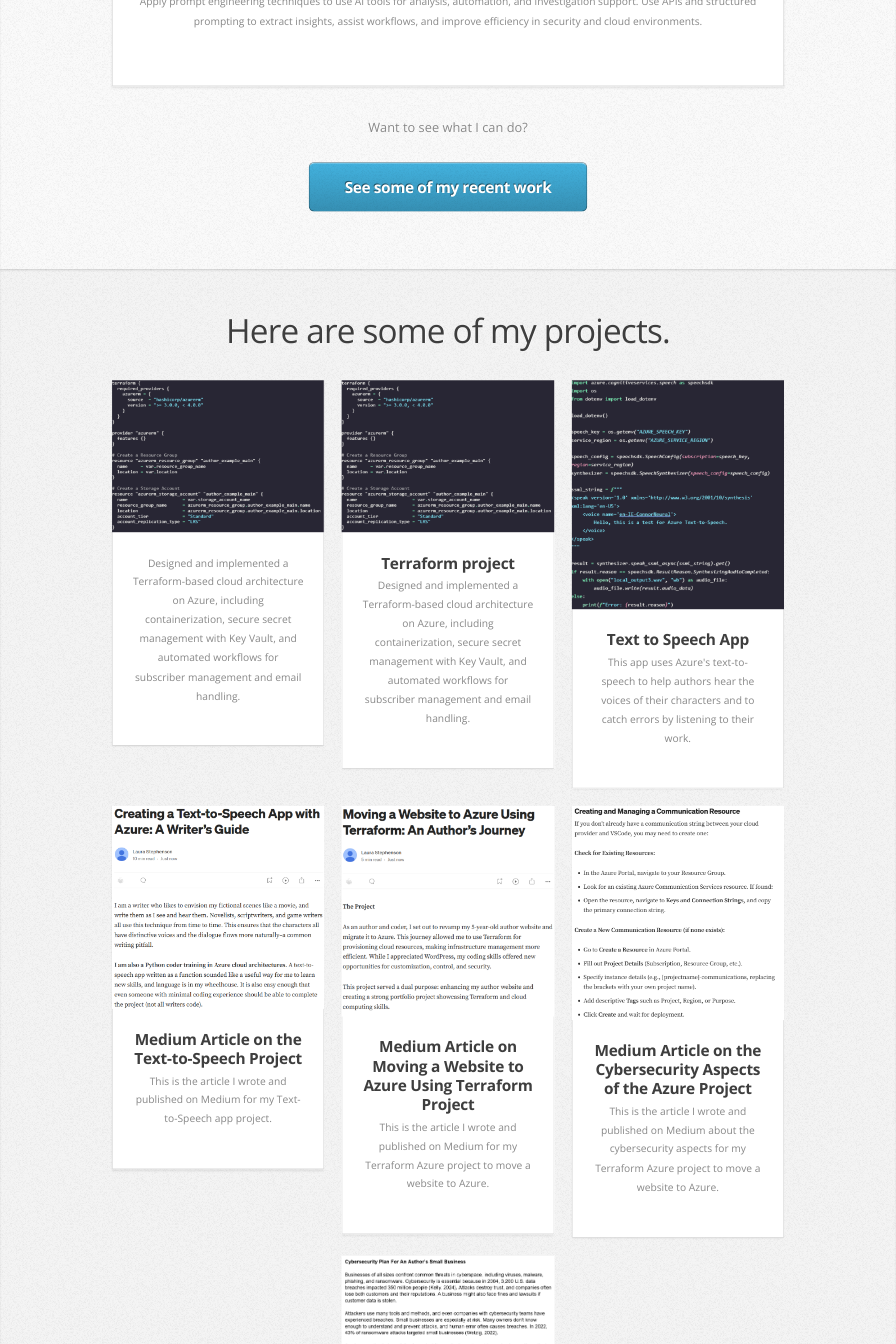
Repository: lauralstephenson/Portfolio_Personal
Page: index.html
The author's editor kept a copy of each file at every save. The page is drawn from the files as they stood at one save, then again after the next save.
The browser window is 1280 px wide. The pictures show the part of the page from y = 1626 to 3546 px (the page is 4482 px tall), at 70% of full size.
A picture or video elsewhere on the page could not be fetched, so the positions and the page height are approximate.

Above is the page before, as saved 2026-04-23 15:58:56.

### index.html
<!DOCTYPE HTML>
<!--
	Miniport by HTML5 UP
	html5up.net | @ajlkn
	Free for personal and commercial use under the CCA 3.0 license (html5up.net/license)
-->

<html lang="en">
	<head>
		<title>Laura Stephenson Cloud Portfolio Webpage</title>
		<meta charset="utf-8">
		<meta name="viewport" content="width=device-width, initial-scale=1">
		<!-- Font Awesome -->
		<link rel="stylesheet" href="https://cdnjs.cloudflare.com/ajax/libs/font-awesome/5.15.4/css/all.min.css">
		<link rel="stylesheet" href="assets/css/main.css">
	</head>
	<body class="is-preload">

		<!-- Nav -->
			<nav id="nav">
				<ul class="container">
					<li><a href="#top">Top</a></li>
					<li><a href="#work">Work</a></li>
					<li><a href="#portfolio">Portfolio</a></li>
					<li><a href="#contact">Contact</a></li>
				</ul>
			</nav>

		<!-- Home -->
			<article id="top" class="wrapper style1">
				<div class="container">
					<div class="row">
						<div class="col-4 col-5-large col-12-medium">
							<span class="image fit"><img src="images\Circle Cybersecurity Logo.png" alt="" /></span>
						</div>
						<div class="col-8 col-7-large col-12-medium">
							<header>
								<h1>Hi. I'm <strong>Laura Stephenson.</strong></h1>
							</header>
							<p><strong>Cybersecurity analyst focused on cloud security, automation, and Python-based solutions.</strong></p>
							<a href="#work" class="button large scrolly">Learn about what I do</a>
						</div>
					</div>
				</div>
			</article>

		<!-- Work -->
			<article id="work" class="wrapper style2">
				<div class="container">
					<header>
						<h1>Here's what I do.</h1>
					</header>
					<div class="row aln-center equal-height">
						<div class="col-4 col-6-medium col-12-small">
							<section class="box style1">
								<div class="box-content">
									<svg xmlns="http://www.w3.org/2000/svg" height="56" width="56" viewBox="0 0 512 512">
										<!--!Font Awesome Free 6.7.2 by @fontawesome - https://fontawesome.com License - https://fontawesome.com/license/free Copyright 2025 Fonticons, Inc.-->
										<path fill="#77797e" d="M256 0c4.6 0 9.2 1 13.4 2.9L457.7 82.8c22 9.3 38.4 31 38.3 57.2c-.5 99.2-41.3 280.7-213.6 363.2c-16.7 8-36.1 8-52.8 0C57.3 420.7 16.5 239.2 16 140c-.1-26.2 16.3-47.9 38.3-57.2L242.7 2.9C246.8 1 251.4 0 256 0z"/>
									</svg>
									<h3>Cyber Security</h3>
									<p>Analyze alerts, investigate network activity, and document findings in clear, structured reports using SOC workflows. Apply SIEM tools, packet analysis, and the MITRE ATT&CK framework to detect and respond to threats.</p>
								</div>
							</section>
						</div>
							<section class="box style1">
								<div class="box-content">
									<svg xmlns="http://www.w3.org/2000/svg"
									width="56" height="56"
									fill="currentColor"
									class="bi bi-cloud-arrow-up-fill"
									viewBox="0 0 16 16">
										<path d="M8 2a5.53 5.53 0 0 0-3.594 1.342c-.766.66-1.321 1.52-1.464 2.383C1.266 6.095 0 7.555 0 9.318 0 11.366 1.708 13 3.781 13h8.906C14.502 13 16 11.57 16 9.773c0-1.636-1.242-2.969-2.834-3.194C12.923 3.999 10.69 2 8 2m2.354 5.146a.5.5 0 0 1-.708.708L8.5 6.707V10.5a.5.5 0 0 1-1 0V6.707L6.354 7.854a.5.5 0 1 1-.708-.708l2-2a.5.5 0 0 1 .708 0z"/>
									</svg>
									<h3>Cloud Computing</h3>
									<p>Design and maintain secure cloud environments in Azure and AWS, with and without Terraform.</p>
								</div>
							</section>
						</div>
						<div class="col-4 col-6-medium col-12-small">
							<section class="box style1">
								<div class="box-content">
									<svg xmlns="http://www.w3.org/2000/svg" height="56" width="56" viewBox="0 0 576 512">
										<!--!Font Awesome Free 6.7.2 by @fontawesome - https://fontawesome.com License - https://fontawesome.com/license/free Copyright 2025 Fonticons, Inc.-->
										<path fill="#6f7276" d="M248 106.6c18.9-9 32-28.3 32-50.6c0-30.9-25.1-56-56-56s-56 25.1-56 56c0 22.3 13.1 41.6 32 50.6l0 98.8c-2.8 1.3-5.5 2.9-8 4.7l-80.1-45.8c1.6-20.8-8.6-41.6-27.9-52.8C57.2 96 23 105.2 7.5 132S1.2 193 28 208.5c1.3 .8 2.6 1.5 4 2.1l0 90.8c-1.3 .6-2.7 1.3-4 2.1C1.2 319-8 353.2 7.5 380S57.2 416 84 400.5c19.3-11.1 29.4-32 27.8-52.8l50.5-28.9c-11.5-11.2-19.9-25.6-23.8-41.7L88 306.1c-2.6-1.8-5.2-3.3-8-4.7l0-90.8c2.8-1.3 5.5-2.9 8-4.7l80.1 45.8c-.1 1.4-.2 2.8-.2 4.3c0 22.3 13.1 41.6 32 50.6l0 98.8c-18.9 9-32 28.3-32 50.6c0 30.9 25.1 56 56 56c30.7 0 55.6-24.7 56-55.2c-7.5-12.9-13.5-26.8-17.6-41.5c-4.2-4-9.1-7.3-14.4-9.9l0-98.8c2.8-1.3 5.5-2.9 8-4.7l10.5 6c5.5-15.3 13.1-29.5 22.4-42.5l-9.1-5.2c.1-1.4 .2-2.8 .2-4.3c0-22.3-13.1-41.6-32-50.6l0-98.8zM440.5 132C425 105.2 390.8 96 364 111.5c-19.3 11.1-29.4 32-27.8 52.8l-50.6 28.9c11.5 11.2 19.9 25.6 23.8 41.7L360 205.9c.4 .3 .8 .6 1.3 .9c21.7-9.5 45.6-14.8 70.8-14.8c2 0 4 0 5.9 .1c12.1-17.3 13.8-40.6 2.6-60.1zM432 512a144 144 0 1 0 0-288 144 144 0 1 0 0 288zm47.9-225c4.3 3.7 5.4 9.9 2.6 14.9L452.4 356l35.6 0c5.2 0 9.8 3.3 11.4 8.2s-.1 10.3-4.2 13.4l-96 72c-4.5 3.4-10.8 3.2-15.1-.6s-5.4-9.9-2.6-14.9L411.6 380 376 380c-5.2 0-9.8-3.3-11.4-8.2s.1-10.3 4.2-13.4l96-72c4.5-3.4 10.8-3.2 15.1 .6z"/>
									</svg>
									<h3>Artificial Intelligence</h3>
									<p>Apply prompt engineering techniques to use AI tools for analysis, automation, and investigation support. Use APIs and structured prompting to extract insights, assist workflows, and improve efficiency in security and cloud environments.</p>
								</div>
							</section>
						</div>
					</div>
					<footer>
						<p>Want to see what I can do?</p>
						<a href="#portfolio" class="button large scrolly">See some of my recent work</a>
					</footer>
				</div>
			</article>

		<!-- Portfolio -->
			<article id="portfolio" class="wrapper style3">
				<div class="container">
					<header>
						<h1>Here are some of my projects.</h1>
					</header>
					<div class="row aln-center equal-height">
							<div class="col-4 col-6-medium col-12-small">
							<article class="box style2">
								<div class="box-content">
									<a href="https://github.com/lauralstephenson/pseudocode_terraform_examples_for_website" class="image featured"><img src="images\terraform_portfolio_pic.png" alt="" /></a>
									<h3><a href="https://github.com/lauralstephenson/pseudocode_terraform_examples_for_website"></a></h3>
									<p>Designed and implemented a Terraform-based cloud architecture on Azure, including containerization, secure secret management with Key Vault, and automated workflows for subscriber management and email handling.</p>
									</p>
								</div>
							</article>
						</div>
						<div class="col-4 col-6-medium col-12-small">
							<article class="box style2">
								<div class="box-content">
									<a href="https://github.com/lauralstephenson/pseudocode_terraform_examples_for_website" class="image featured"><img src="images\terraform_portfolio_pic.png" alt="" /></a>
									<h3><a href="https://github.com/lauralstephenson/pseudocode_terraform_examples_for_website">Terraform project</a></h3>
									<p>Designed and implemented a Terraform-based cloud architecture on Azure, including containerization, secure secret management with Key Vault, and automated workflows for subscriber management and email handling.</p>
									</p>
								</div>
							</article>
						</div>
						<div class="col-4 col-6-medium col-12-small">
							<article class="box style2">
								<div class="box-content">
									<a href="https://github.com/lauralstephenson/cloud_py_portfolio/tree/main/Text_to_Speech" class="image featured"><img src="images\screenshot_text_to_speech_app.png" alt="" /></a>
									<h3><a href="https://github.com/lauralstephenson/cloud_py_portfolio/tree/main/Text_to_Speech">Text to Speech App</a></h3>
									<p>This app uses Azure's text-to-speech to help authors
										hear the voices of their characters and to catch errors
										by listening to their work.
									</p>
								</div>
							</article>
						</div>
						<div class="col-4 col-6-medium col-12-small">
							<article class="box style2">
								<div class="box-content">
									<a href="https://medium.com/@lstephenson556/creating-a-text-to-speech-app-with-azure-a-writers-guide-46cbf42556f0" class="image featured"><img src="images\screenshot_medium_text_to_speech_article.png" alt="" /></a>
									<h3><a href="https://medium.com/@lstephenson556/creating-a-text-to-speech-app-with-azure-a-writers-guide-46cbf42556f0">Medium Article on the Text-to-Speech Project</a></h3>
									<p>This is the article I wrote and published on Medium for my Text-to-Speech app project.</p>
								</div>
							</article>
						</div>
						<div class="col-4 col-6-medium col-12-small">
							<article class="box style2">
								<div class="box-content">
									<a href="https://medium.com/@lstephenson556/moving-a-website-to-azure-using-terraform-an-authors-journey-1ab68dd8db76"
									class="image featured"><img src="images\screenshot_medium_terraform_azure_article.png" alt="" /></a>
									<h3><a href="https://medium.com/@lstephenson556/moving-a-website-to-azure-using-terraform-an-authors-journey-1ab68dd8db76">Medium Article on Moving a Website to Azure Using Terraform Project</a></h3>
									<p>This is the article I wrote and published on Medium for my Terraform Azure project to move a website to Azure.</p>
								</div>
							</article>
						</div>
						<div class="col-4 col-6-medium col-12-small">
							<article class="box style2">
								<div class="box-content">
									<a href="https://medium.com/@lstephenson556/cybersecurity-aspects-of-creating-an-author-website-with-terraform-12f4682b89b7"
									class="image featured"><img src="images/cybersecurity_plan_medium.png" alt="Segment of Medium article about a cybersecurity plan" /></a>
									<h3><a href="https://medium.com/@lstephenson556/cybersecurity-aspects-of-creating-an-author-website-with-terraform-12f4682b89b7">Medium Article on the Cybersecurity Aspects of the Azure Project</a></h3>
									<p>This is the article I wrote and published on Medium about the cybersecurity aspects for my Terraform Azure project to move a website to Azure.</p>
								</div>
							</article>
						</div>
						<div class="col-4 col-6-medium col-12-small">
							<article class="box style2">
								<div class="box-content">
									<a href="Cybersecurity Plan For A Small Author Business.pdf"
									class="image featured"><img src="images/cybersecurity_plan.png" alt="Snap of Cybersecurity Plan" /></a>
									<h3><a href="Cybersecurity Plan For A Small Author Business.pdf">Cybersecurity Plan for an Author's Small Business</a></h3>
									<p>This is a cybersecurity plan I developed and implemented for a small author website.</p>
								</div>
							</article>
						</div>
					</div>
					<footer>
						<p>Want to learn more?</p>
						<a href="mailto:laurastephensoncareer@gmail.com" class="button large scrolly">Get in touch with me</a>
					</footer>
				</div>
			</article>

		<!-- Contact
			<article id="contact" class="wrapper style4">
				<div class="container medium">
					<header>
						<h2>Let me build for you.</h2>
						<p>Contact me.</p>
					</header>
					<div class="row">
						<div class="col-12">
							<form method="post" action="https://<your-function-app-name>.azurewebsites.net/api/send-email">
								<div class="row">
									<div class="col-6 col-12-small">
										<input type="text" name="name" id="name" placeholder="Name" />
									</div>
									<div class="col-6 col-12-small">
										<input type="text" name="email" id="email" placeholder="Email" />
									</div>
									<div class="col-12">
										<input type="text" name="subject" id="subject" placeholder="Subject" />
									</div>
									<div class="col-12">
										<textarea name="message" id="message" placeholder="Message"></textarea>
									</div>
									<div class="col-12">
										<ul class="actions">
											<li><input type="submit" value="Send Message" /></li>
											<li><input type="reset" value="Clear Form" class="alt" /></li>
										</ul>
									</div>
								</div>
							</form>
						</div -->

						<div class="col-12 center-content footer-custom">
							<hr />
							<p class="find-me-on">Find me on...</p>
							<div class="footer-custom">
								<ul class="social">
									<li><a href="https://www.linkedin.com/in/laurastephenson82/">
										<i class="fab fa-linkedin"></i></a></li>
									<li><a href="https://github.com/lauralstephenson/">
										<i class="fab fa-github"></i></a></li>
									<li><a href="mailto:laurastephensoncareer@gmail.com">
										<i class="fas fa-envelope"></i></a></li>
								</ul>
							</div>
							<hr />
						</div>



						<footer>
							<div class="footer-custom">
								<ul id="copyright">
									<li>&copy; Laura Stephenson © 2024. All rights reserved.</li>
									<li>Design: <a href="http://html5up.net">HTML5 UP</a></li>
								</ul>
						</footer>

			<!--
								<li><a href="#" class="icon brands fa-twitter"><span class="label">Twitter</span></a></li>
								<li><a href="#" class="icon brands fa-tumblr"><span class="label">Tumblr</span></a></li>
								<li><a href="#" class="icon solid fa-rss"><span>RSS</span></a></li>
								<li><a href="#" class="icon brands fa-instagram"><span>Instagram</span></a></li>
								<li><a href="#" class="icon brands fa-foursquare"><span>Foursquare</span></a></li>
								<li><a href="#" class="icon brands fa-skype"><span>Skype</span></a></li>
								<li><a href="#" class="icon brands fa-soundcloud"><span>Soundcloud</span></a></li>
								<li><a href="#" class="icon brands fa-youtube"><span>YouTube</span></a></li>
								<li><a href="#" class="icon brands fa-blogger"><span>Blogger</span></a></li>
								<li><a href="#" class="icon brands fa-flickr"><span>Flickr</span></a></li>
								<li><a href="#" class="icon brands fa-vimeo"><span>Vimeo</span></a></li>
								-->

		<!-- Scripts -->
			<script src="assets/js/jquery.min.js"></script>
			<script src="assets/js/jquery.scrolly.min.js"></script>
			<script src="assets/js/browser.min.js"></script>
			<script src="assets/js/breakpoints.min.js"></script>
			<script src="assets/js/util.js"></script>
			<script src="assets/js/main.js"></script>

	</body>
</html>

Loaded but not shown: assets/js/jquery.min.js (library); assets/js/jquery.scrolly.min.js (common file); assets/js/browser.min.js (common file); assets/js/breakpoints.min.js (common file); assets/js/util.js (587 lines, source omitted); assets/js/main.js (34 lines, source omitted); assets/css/main.css (2549 lines, source omitted)

After the next save:
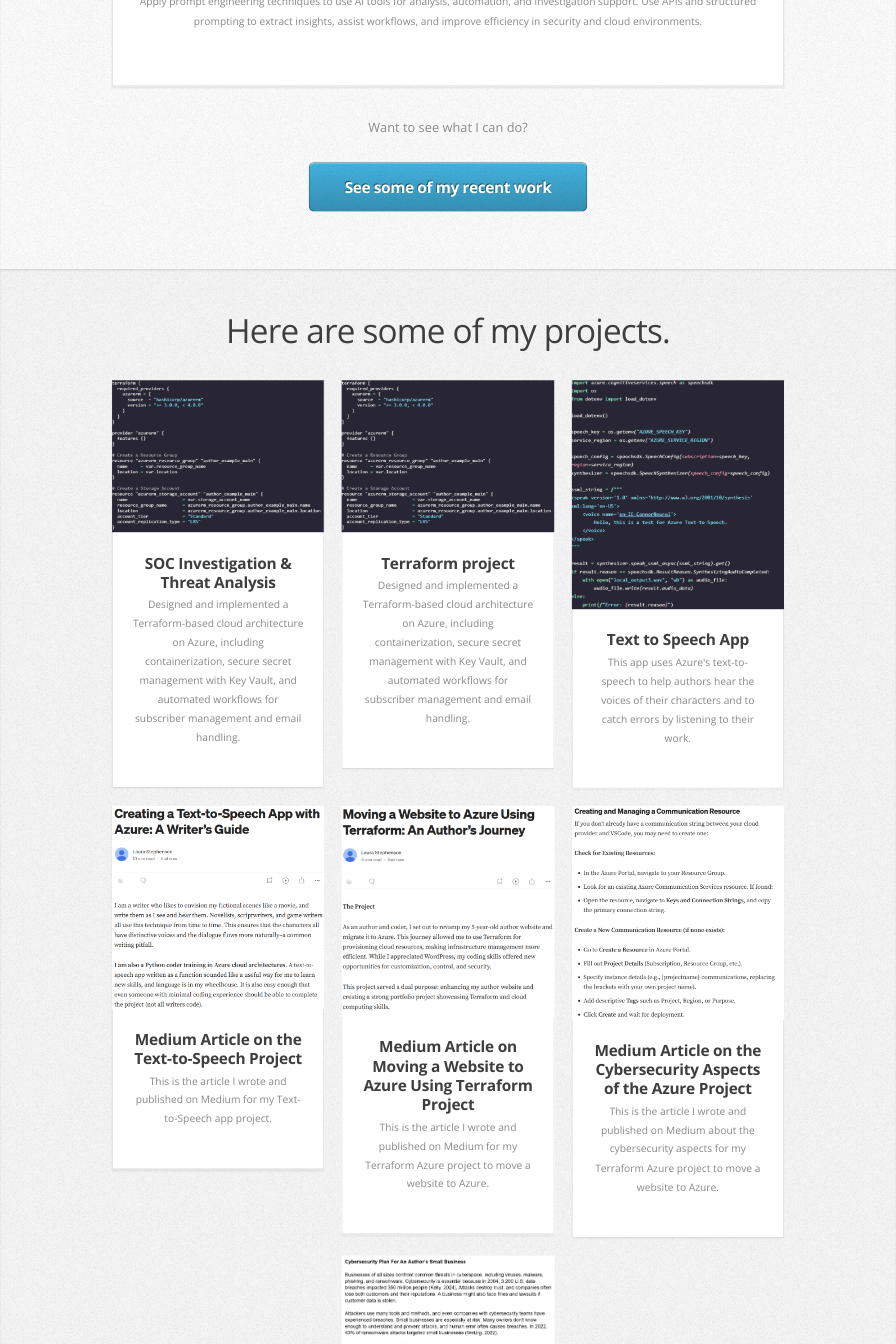
Saved 10 s later.
--- a/index.html
+++ b/index.html
@@ -108,7 +108,7 @@
 							<article class="box style2">
 								<div class="box-content">
 									<a href="https://github.com/lauralstephenson/pseudocode_terraform_examples_for_website" class="image featured"><img src="images\terraform_portfolio_pic.png" alt="" /></a>
-									<h3><a href="https://github.com/lauralstephenson/pseudocode_terraform_examples_for_website"></a></h3>
+									<h3><a href="https://github.com/lauralstephenson/pseudocode_terraform_examples_for_website"></a>SOC Investigation & Threat Analysis</h3>
 									<p>Designed and implemented a Terraform-based cloud architecture on Azure, including containerization, secure secret management with Key Vault, and automated workflows for subscriber management and email handling.</p>
 									</p>
 								</div>
